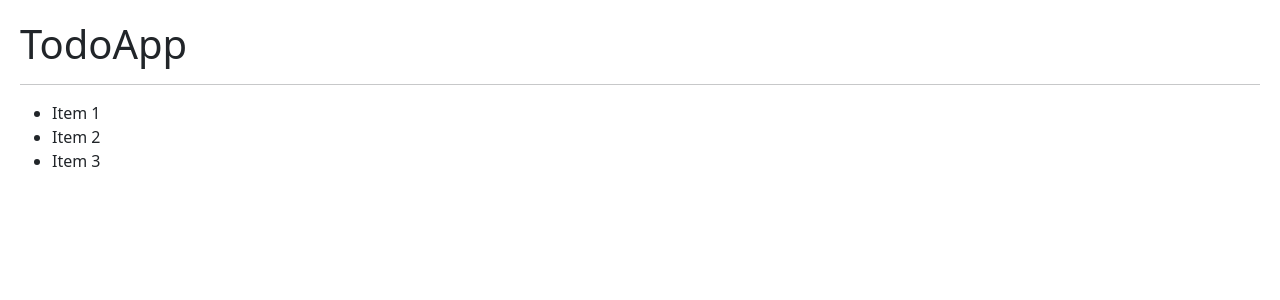
Repository: bryanesteban/hooks-App
Page: /
These files come from the project's save history. The page is drawn as it stood at one moment and after the next save; the edit follows.
The browser window is 1280 px wide. The pictures show the whole page.
The project was rebuilt for these pictures with package versions that can differ from the ones it lists, and the page was loaded fresh each time. Also part of the build but not shown: vite.config.js, src/HooksApp.jsx, src/01-useState/CounterApp.jsx, src/hooks/useCounter.jsx, src/01-useState/CounterWithCustomHook.jsx, src/02-useEffect/Message.jsx, src/02-useEffect/SimpleForm.jsx, src/hooks/useForm.js and 12 more.

Above is the page before, as saved 2024-08-16 13:22:00.

After the next save:
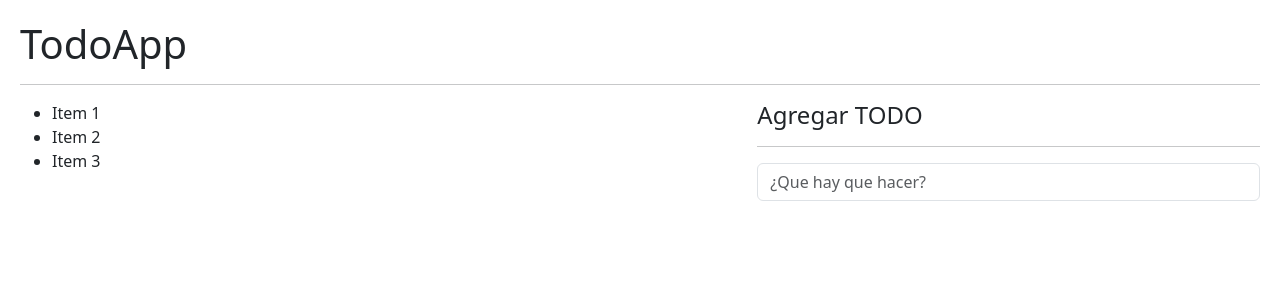
Saved 79 s later.
--- a/src/08-useReducer/TodoApp.jsx
+++ b/src/08-useReducer/TodoApp.jsx
@@ -33,7 +33,15 @@
                 </ul>
             </div>
             <div className="col-5">
-
+                <h4>Agregar TODO</h4>
+                <hr/>
+                <form>
+                    <input
+                        type="text"
+                        placeholder="¿Que hay que hacer?"
+                        className="form-control"
+                    />
+                </form>
             </div>
         </div>
 
